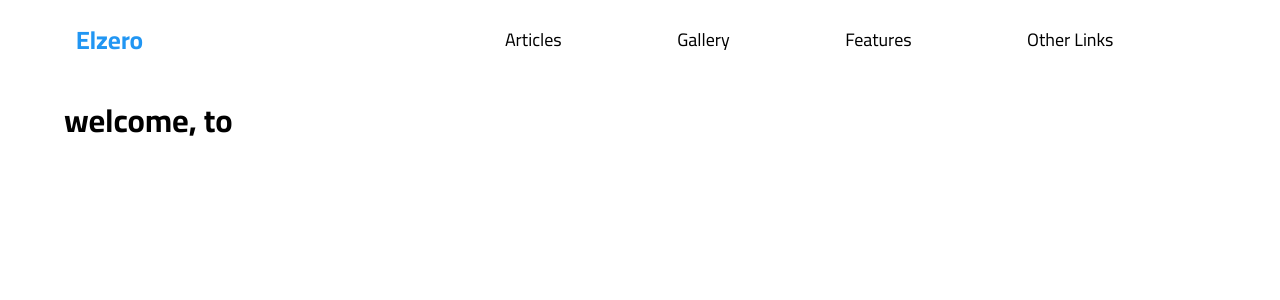
Repository: Toqa-25/elzeroAcdemey-Templete
Page: index.html
An editor plug-in stored every save of this project. The page is shown before and after the next save, followed by the edit.
The browser window is 1280 px wide. The pictures show the whole page.

Above is the page before, as saved 2022-01-16 20:55:07.

After the next save:
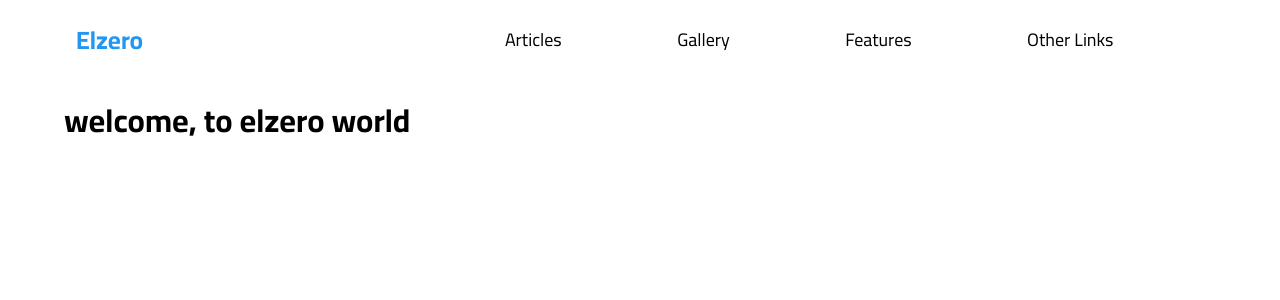
Saved 9 s later.
--- a/index.html
+++ b/index.html
@@ -67,7 +67,7 @@
         <div class="container">
             <div class="welcome-content">
                 <div class="welcome-content-text">
-                    <h1 class="welcome-content-text">welcome, to </h1>
+                    <h1 class="welcome-content-text">welcome, to elzero world</h1>
                 </div>
                 <div class="welcome-content-img"></div>
             </div>
